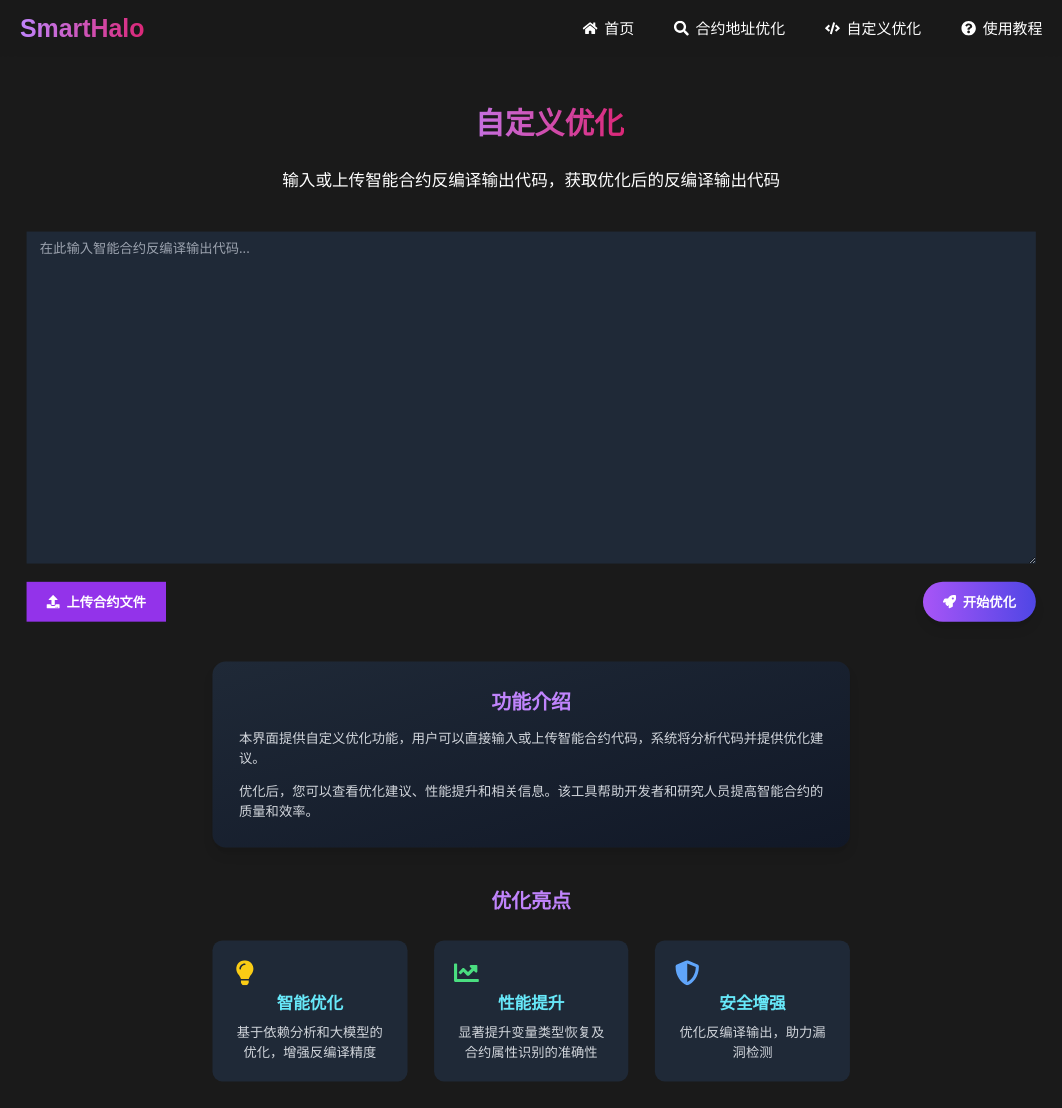
Repository: RunnerQuan/smart-halo
Page: /custom-optimization
These files come from the project's save history. The page is drawn as it stood at one moment and after the next save; the edit follows.
The browser window is 1280 px wide. The pictures show the whole page, at 83% of full size.
The project was rebuilt for these pictures with package versions that can differ from the ones it lists, and the page was loaded fresh each time. The framework's server and built-in components were replaced by stand-ins that run in the browser. Also part of the build but not shown: next.config.mjs.

Above is the page before, as saved 2024-10-18 15:54:48.

After the next save:
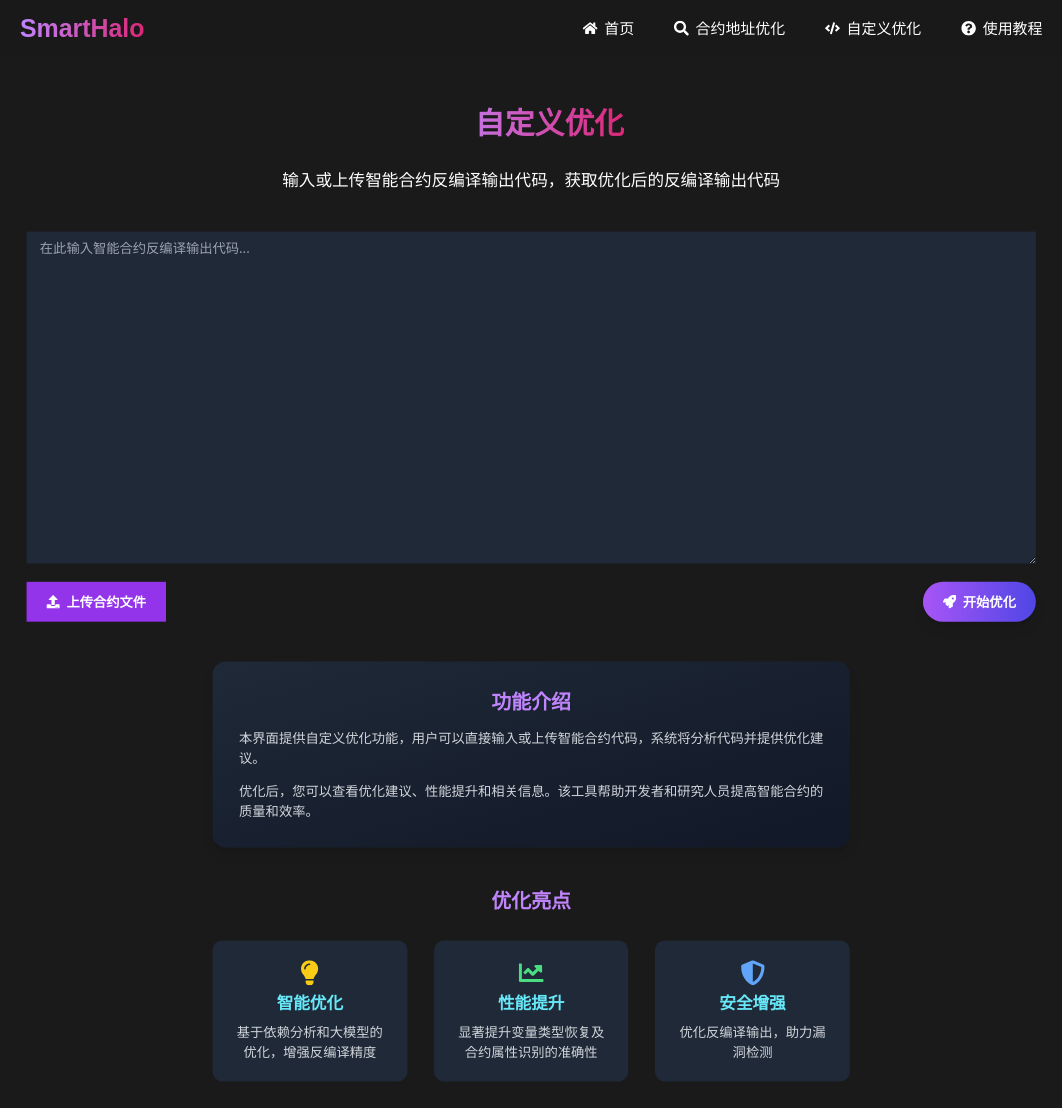
Saved 60 s later.
--- a/app/custom-optimization/page.tsx
+++ b/app/custom-optimization/page.tsx
@@ -110,7 +110,7 @@ export default function CustomOptimization() {
             ].map((item, index) => (
               <motion.div
                 key={index}
-                className="bg-gray-800 p-6 rounded-xl text-center"
+                className="bg-gray-800 p-6 rounded-xl text-center flex flex-col items-center justify-center"
                 whileHover={{ scale: 1.05 }}
                 transition={{ duration: 0.2 }}
               >
